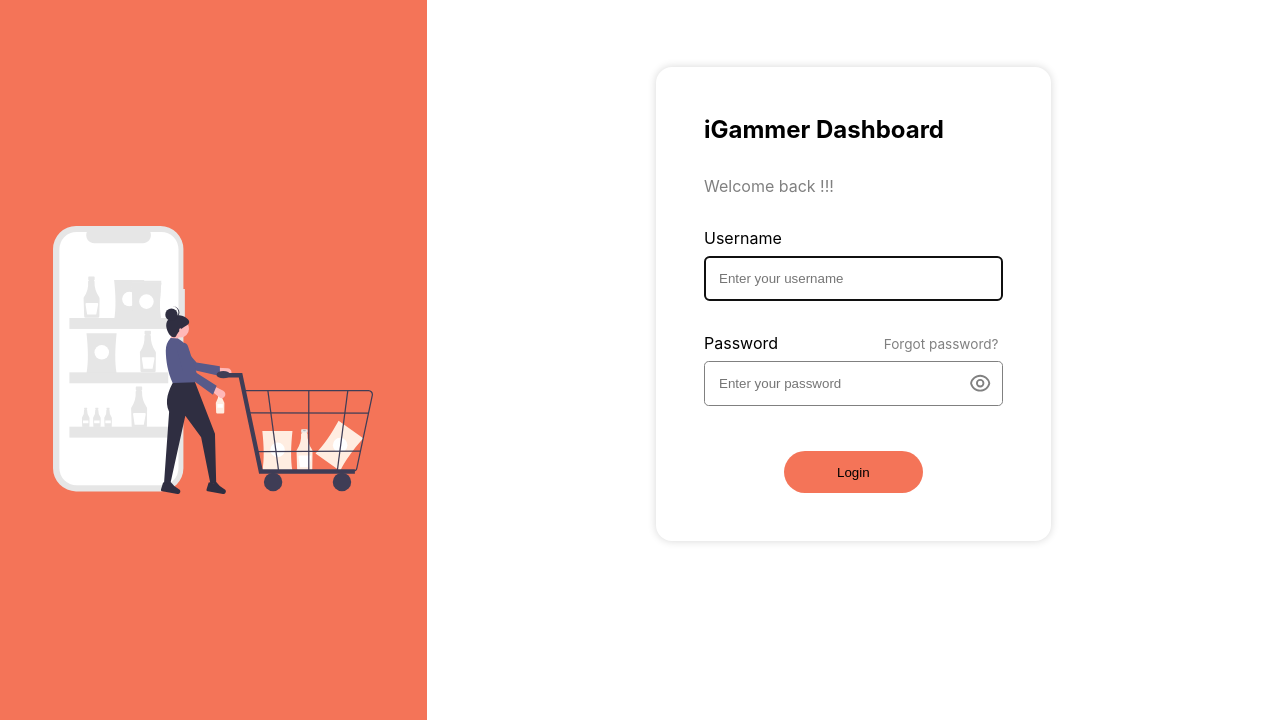
Repository: agwenchez/iGammer-dashboard
Page: /dashboard/orders
These files come from the project's save history. The page is drawn as it stood at one moment and after the next save; the edit follows.
The browser window is 1280 px wide. The pictures show the whole page.
The page's requests for data from a server got no answer. The project was rebuilt for these pictures with package versions that can differ from the ones it lists, and the page was loaded fresh each time. No one was signed in, and anything a server would have sent is missing. Also part of the build but not shown: vite.config.ts, src/components/DataTable/datatable.module.scss, src/pages/Products/productsData.tsx, src/components/DataTable/MuiTable.tsx, src/components/DataTable/index.tsx, src/components/BreadCrumb/breadcrumb.module.scss, src/components/BreadCrumb/index.tsx, src/pages/Customers/customers.module.scss and 19 more.

Above is the page before, as saved 2023-05-02 14:24:24.

### index.html
<!DOCTYPE html>
<html lang="en">
  <head>
    <meta charset="UTF-8" />
    <!-- <link rel="icon" type="image/svg+xml" href="/vite.svg" /> -->
    <meta name="viewport" content="width=device-width, initial-scale=1.0" />
    <title>iGammer Dashboard</title>
  </head>
  <body>
    <div id="root"></div>
    <script type="module" src="/src/main.tsx"></script>
  </body>
</html>

### src/main.tsx
import React from "react";
import ReactDOM from "react-dom/client";
import "./index.scss";
import App from "./App";
import { Provider } from "react-redux";
import store, { persistor }  from "./app/store";
import { PersistGate } from "redux-persist/integration/react";
import { ToastContainer, toast } from 'react-toastify';
import 'react-toastify/dist/ReactToastify.css';

const root = ReactDOM.createRoot(
  document.getElementById("root") as HTMLElement
);
root.render(
  <React.StrictMode>
    <Provider store={store}>
      <ToastContainer/>
      <PersistGate loading={null} persistor={persistor}>
        <App />
      </PersistGate>
    </Provider>
  </React.StrictMode>
);

### src/index.scss
// @use './authlayout.module.scss';
// @use './login.module.scss';
// @use './sidebar.module.scss';
// @use './styles/variables';

:root {
  font-family: Inter, Avenir, Helvetica, Arial, sans-serif;
  box-sizing: border-box;

  color-scheme: light dark;
  color: #242424;
  background-color: white;
  overflow-x: scroll;

  font-synthesis: none;
  text-rendering: optimizeLegibility;
  -webkit-font-smoothing: antialiased;
  -moz-osx-font-smoothing: grayscale;
  -webkit-text-size-adjust: 100%;
}

body {
  margin: 0;
  min-width: 320px;
  min-height: 100vh;
}


/* @media (prefers-color-scheme: light) {
  :root {
    color: #213547;
    background-color: #ffffff;
  }
  a:hover {
    color: #747bff;
  }
  button {
    background-color: #f9f9f9;
  }
} */

### src/App.tsx
import {
  createRoutesFromElements,
  RouterProvider,
  createBrowserRouter,
  Route,
} from "react-router-dom";
import AuthLayout from "./components/Layouts/AuthLayout/AuthLayout";
import Login from "./components/Auth/Login/Login";
import Customers from "./pages/Customers/Customers";
import Dashboard from "./pages/Dashboard/Dashboard";
import Offers from "./pages/Hot Offers/Offers";
import Orders from "./pages/Orders/Orders";
import Products from "./pages/Products/Products";
import Statistics from "./pages/Statistics/Statistics";
import Transactions from "./pages/Transactions/Transactions";
import RootErrorBoundary from "./pages/error-page";
import NewProduct from "./pages/Products/New Product/NewProduct";
import PrivateOutlet from "./utils/PrivateOutlet";
import DashboardLayout from "./components/Layouts/DashboardLayout/DashboardLayout";

const router = createBrowserRouter(
  createRoutesFromElements(
    <Route>
      {/* Public routes */}
      <Route path="/" element={<AuthLayout />} errorElement={<RootErrorBoundary/>}>
        <Route index element={<Login />} />
        <Route path="/login" element={<Login />} />
      </Route>

      {/* Protected routes */}
      <Route element={<PrivateOutlet />}>
      <Route path="/dashboard" element={<DashboardLayout />}>
        <Route index element={<Dashboard />} />
        <Route path="products">
          <Route index element={<Products />} />
          <Route path="product/add_new" element={<NewProduct />} />
        </Route>
        <Route path="orders" element={<Orders />} />
        <Route path="transactions" element={<Transactions />} />
        <Route path="statistics" element={<Statistics />} />
        <Route path="offers" element={<Offers />} />
        <Route path="customers" element={<Customers />} >
          <Route path="customer/add_new" element={<Customers />} />
        </Route>
      </Route>

      </Route>
    </Route>

  )
);

function App() {
  return <RouterProvider router={router} />;
}

export default App;

### src/app/store.ts
import { configureStore } from "@reduxjs/toolkit";
import { useDispatch } from "react-redux";
import { TypedUseSelectorHook, useSelector } from "react-redux";
import {
  persistStore,
  persistReducer,
  FLUSH,
  REHYDRATE,
  PAUSE,
  PERSIST,
  PURGE,
  REGISTER,
} from "redux-persist";

import storage from "redux-persist/lib/storage";
import { authApi, productsApi } from "./services";
import { setupListeners } from "@reduxjs/toolkit/query";
import { loadState } from "./localStorage";
import rootReducer, { RootState } from "./rootReducer";

const persistedState = loadState();

const persistConfig = {
  key: "root",
  storage,
  // whitelist: ['auth'],
};

const persistedReducer = persistReducer(persistConfig, rootReducer);

const store = configureStore({
  reducer: persistedReducer,
  preloadedState: persistedState,
  devTools: process.env.NODE_ENV !== "production",
  middleware: (getDefaultMiddleware) =>
    getDefaultMiddleware({
      serializableCheck: {
        ignoredActions: [FLUSH, REHYDRATE, PAUSE, PERSIST, PURGE, REGISTER],
      },
    }).concat(authApi.middleware, productsApi.middleware),
});

export const persistor = persistStore(store);

export type AppDispatch = typeof store.dispatch;
export const useAppDispatch = () => useDispatch<AppDispatch>();
export const useAppSelector: TypedUseSelectorHook<RootState> = useSelector;

setupListeners(store.dispatch);
export default store;

### src/components/Layouts/AuthLayout/AuthLayout.tsx
import { Outlet } from "react-router-dom";
import styles from "./authlayout.module.scss";
const AuthLayout = () => {
    return (
      <>
        <div className={styles.auth_container}>
          <div className={styles.left_container}>
            {/* <div className={styles.bg_color}></div> */}
            <img src="/assets/images/shopping_anim1.svg" alt="" />
          </div>
          <div className={styles.right_container}>
            <Outlet/>
          </div>
        </div>
      </>
    );
  };

  export default AuthLayout;

### src/components/Auth/Login/Login.tsx
import React, { useState } from "react";
import { RiEyeLine, RiEyeOffFill } from "react-icons/ri";
import { useNavigate } from "react-router-dom";
import { LoginDto } from "../../../@types";

// import { toast, ToastContainer } from 'react-toastify';
import styles from "./login.module.scss";
import { setCredentials } from "../../../features/auth/authSlice";
import { useLoginMutation } from "../../../app/services";
import { useAppDispatch } from "../../../app/store";
import { toast } from "react-toastify";

const Login = () => {
  const navigate = useNavigate();
  const dispatch = useAppDispatch();
  const [login, { isLoading }] = useLoginMutation();
  const [formData, setFormData] = useState<LoginDto>({
    username: "",
    password: "",
  });
  const [togglePassword, setTogglePassword] = useState(false);
  const [emailErrorMessage, setEmailErrorMessage] = useState("");
  const [passwordErrorMessage, setPasswordErrorMessage] = useState("");

  const onSubmitHandler = async (event: React.FormEvent<HTMLFormElement>) => {
    event.preventDefault();
    try {
      const response = await login(formData).unwrap();
      console.log("User", response)
      const { data , status } = response;
      if (status && data) {
        console.log("role", data.role)
        // if(data.role === "user"){
        //   toast.error("Not authorized for users")
        //   return
        // }
        dispatch(setCredentials({ data }));
        toast.success("You have logged in successfully");
        navigate("/dashboard", { replace: true });
        // setTimeout(() => {
        // }, 200);
      }
    } catch (error) {
      // @ts-ignore
      const { data } = error;
      console.log("Error occured", data.message);
      error && toast.error(`${data.message}`);
    }
  };

  const handleEmailChange = (e: React.ChangeEvent<HTMLInputElement>) => {
    const value = e.target.value;
    setFormData({ ...formData, username: value });
  };

  const handlePasswordChange = (e: React.ChangeEvent<HTMLInputElement>) => {
    setFormData((prevState) => ({
      ...prevState,
      password: e.target.value,
    }));
    const value = e.target.value;
    if (value.length > 8) {
      setPasswordErrorMessage("Password shouldbe minimum of 8 characters");
    }
  };

  return (
    <>
      <form className={styles.login_form} onSubmit={onSubmitHandler}>
        <h2>iGammer Dashboard</h2>
        <p>Welcome back !!!</p>
        {/* <h2>SIGN IN</h2> */}
        <div className={styles.input_group}>
          <label htmlFor="email">Username</label>
          <input
            type="text"
            name="username"
            id="email"
            required
            // aria-invalid
            placeholder="Enter your username"
            onChange={handleEmailChange}
            value={formData.username}
            autoFocus
            autoComplete="off"
          />
          {/* {emailErrorMessage ? (
            <p className={styles.error_message}>{emailErrorMessage}</p>
          ) : null} */}
        </div>
        <div className={styles.input_group}>
          <label htmlFor="password">Password</label>
          <p>Forgot password?</p>
          {togglePassword ? (
            <RiEyeOffFill
              className={styles.password_visible_icon}
              onClick={() => setTogglePassword(false)}
            />
          ) : (
            <RiEyeLine
              className={styles.password_visible_icon}
              onClick={() => setTogglePassword(true)}
            />
          )}
          <input
            type={togglePassword ? "text" : "password"}
            name="password"
            id="password"
            placeholder="Enter your password"
            onChange={handlePasswordChange}
            value={formData.password}
            required
          />
          {/* {formData.password ? (
            <p className={styles.error_message}>{passwordErrorMessage}</p>
          ) : null} */}
        </div>
        <button type="submit" className={styles.submit_button}>
          Login
          {/* <ArrowRightIcon className={styles.icon} /> */}
        </button>
      </form>
      {/* <ToastContainer/> */}
    </>
  );
};

export default Login;

### src/utils/PrivateOutlet.tsx
import { Navigate, Outlet, useLocation } from 'react-router-dom'
import { useAuth } from '../hooks/useAuth'

const PrivateOutlet =()=> {
  const auth = useAuth()
  const location = useLocation()

  return auth.user ? (
    <Outlet />
  ) : (
    <Navigate to="/login" state={{ from: location,}} replace={true} />
  )
}


export default PrivateOutlet

### src/app/services/index.ts
export * from './authApi'
export * from './productsApi'

### src/app/localStorage.ts
export const loadState = () => {
  try {
    const serializedState = localStorage.getItem("state");
    if (serializedState === null) {
      return undefined;
    }
    return JSON.parse(serializedState);
  } catch (err) {
    return undefined;
  }
};

### src/app/rootReducer.ts
import { combineReducers } from "@reduxjs/toolkit";
import authReducer from "../features/auth/authSlice";
import { authApi, productsApi } from "./services";
import productsReducer from './services/productsApi'

const rootReducer = combineReducers({
  auth: authReducer,
  products: productsReducer,
  [authApi.reducerPath]: authApi.reducer,
  [productsApi.reducerPath] : productsApi.reducer
});

export type RootState = ReturnType<typeof rootReducer>;

export default rootReducer;

### src/components/Layouts/AuthLayout/authlayout.module.scss
.auth_container {
    display: flex;
    flex-direction: row;
    min-height: 100vh;
  }

  .left_container {
    background-color: #f47458;
    flex: 1;
    display: flex;
    justify-content: center;
    align-items: center;
    position: relative;

  }

  .left_container > img {
    max-width: 20em;
    display: block;
  }
  .right_container {
    display: flex;
    flex-direction: column;
    align-items: center;
    justify-content: center;
    flex: 2;
    color: black;
  }

  // mobile to landscape
@media only screen and (max-width: 540px) {
    .auth_container {
      flex-direction: column;
    }
    .left_container {
      flex: 1;
    }
    .right_container {
      flex: 1;
    }
    .left_container > img {
      max-width: 10em;
    }
  }

  @media only screen and (min-width: 541px) and (max-width: 920px){
      .left_container > img {
          max-width: 14em;
        }
  }

//   @media only screen and (min-width: 921px) and (max-width: 1280) {
//   }
  // Extra large screens
  @media only screen and (min-width: 1281px) {
      .left_container > img {
        max-width: 27em;
      }
  }

### src/components/Auth/Login/login.module.scss
// @use '../../../styles/variables';

.login_form {
  min-width: 35%;
  padding: 3em;
  display: flex;
  flex-direction: column;
  gap: 2em;
  // flex:1;
  margin-top: -7em;
  border-radius: 1em;
  // min-height: 10em;
  box-shadow: 0 0 8px rgba(0, 0, 0, 0.16);
  //   box-shadow: 8px 8px 0px 1px rgba(151,142,142,0.2);
}
.login_form > p {
  color: gray;
  margin: 0;
}

.input_group {
  display: grid;
  gap: 0.5em;
  position: relative;
  // border: 1px solid red;

  input {
    // max-width: 100%;
    padding: 1.05em;
    border-radius: 0.35em;
    border: 1px solid gray;
    background-color: transparent;
    color: black;

    // &:focus{
    //   border: 1px solid red;
    // }
  }

  input:-internal-autofill-selected {
    background-color: transparent !important;
    color: black !important;
  }

}

// .input_group > input:autofill {
//   background-color: transparent !important;
//   color: black !important;
// }
// .input_group > input:-webkit-autofill {
//   background-color: transparent;
//   color: black;
// }
.login_form > h2,
p {
  margin: 0;
}
.input_group > p:nth-of-type(1) {
  position: absolute;
  right: 0.3em;
  bottom: 4em;
  color: gray;
  font-size: 0.85em;
  cursor: pointer;
}
.input_group > p:nth-of-type(2) {
  position: absolute;
  color: red ;
  bottom: -1.5em;
  font-size: .9em;
}

.error_message{
  //  border: 1px solid red;
   bottom: -1.5em !important;
   left: 0;
   color: red !important;
   font-size: .9em !important;
}
.password_visible_icon {
  position: absolute;
  right: 0.5em;
  bottom: 0.5em;
  font-size: 1.4em;
  color: gray;
  cursor: pointer;
}
.submit_button {
  padding: 1em;
  padding-left: 4em;
  padding-right: 4em;
  align-self: center;
  border-radius: 2em;
  background-color: #f47458;
  border: none;
  cursor: pointer;
  margin-top: 1em;
  position: relative;
}
.submit_button:hover {
  background-color: white;
  color: #f47458;
  border: 1px solid #f47458;
}
.icon {
  color: white;
  max-width: 1.5em;
  position: absolute;
  top: 0.8em;
  right: 1.5em;
}

.icon:hover {
  color: #f47458;
}

// mobile to landscape
@media only screen and (max-width: 540px) {
  .input_group > p {
    top: 0;
  }
  .login_form {
    min-width: 68%;
    margin-top: 2em;
  }
  .login_form > h2 {
    margin: 0;
  }
}

@media only screen and (min-width: 541px) and (max-width: 920px) {
  .login_form {
    min-width: 60%;
  }
}

@media only screen and (min-width: 921px) and (max-width: 1280) {
  .login_form {
    margin: 0;
    // min-width: 35%;
  }
}
// Extra large screens
@media only screen and (min-width: 1281px) {
  .login_form {
    margin: 0;
    min-width: 33%;
  }
  .submit_button {
    margin-top: 5em;
  }
}

### src/features/auth/authSlice.ts
import { PayloadAction, createSlice } from "@reduxjs/toolkit";
import { AuthState, User } from "../../@types";
import { RootState } from "../../app/rootReducer";

const authSlice = createSlice({
  name: "auth",
  initialState: {
    user: null,
  } as AuthState,

  reducers: {
    setCredentials: (
      state,
      {
        payload: { data },
      }: PayloadAction<{ data: User }>
    ) => {
      state.user = data
    },
    logout: (state) => {
      state.user = null;
    },
  },
});

export const { setCredentials, logout } = authSlice.actions;
export default authSlice.reducer;
export const selectCurrentUser = (state: RootState) => state.auth.user
export const selectCurrentToken = (state: RootState) => state.auth.user?.accessToken;

### src/pages/Dashboard/Card/cardsData.tsx
import { BsPuzzleFill} from "react-icons/bs";
import { IoLogoGameControllerB } from "react-icons/io";
import { BiGame } from "react-icons/bi";
import { IoCheckmarkDoneSharp } from "react-icons/io5";

export const cardsData = [
    {title:"Games completed", metrics: '1,305', icon: <IoCheckmarkDoneSharp/>},
    {title:"Total Games Played", metrics: '2,948',icon: <IoLogoGameControllerB/>},
    {title:"Total Pending Games", metrics: '182,059',icon: <BiGame/>},
    {title:"New Games", metrics: '58', icon: <BsPuzzleFill/> }
]

### src/hooks/useAuth.ts
import { useSelector } from "react-redux";
import { selectCurrentToken, selectCurrentUser } from "../features/auth/authSlice";
import { useMemo } from "react";

export const useAuth = () => {
  const user = useSelector(selectCurrentUser);
  const token = useSelector(selectCurrentToken);
  // console.log("Token", token)
  return useMemo(() => ({ user }), [user]);
};

### src/app/services/authApi.ts
import { createApi, fetchBaseQuery } from '@reduxjs/toolkit/query/react'
// import { LoginRequest, LoginResponse, AuthUser, SignupResponse, SignupRequest } from "../../@types";
import { RootState } from '../rootReducer';
import { LoginRequest, LoginResponse, SignupRequest, SignupResponse } from '../../@types';
const BASE_URL = import.meta.env.VITE_BASE_URL

export const authApi = createApi({
  reducerPath:'authApi',
  baseQuery: fetchBaseQuery({
    baseUrl: BASE_URL,
    prepareHeaders: (headers, { getState }) => {
      // By default, if we have a token in the store, let's use that for authenticated requests
      const token = (getState() as RootState).auth.access_token
      if (token) {
        headers.set('authorization', `Bearer ${token}`)
      }
      return headers
    },
  }),
  endpoints: (builder) => ({
    login: builder.mutation<LoginResponse, LoginRequest>({
      query: (credentials) => ({
        url: 'auth/login',
        method: 'POST',
        body: credentials,
      }),
    }),
    // signup: builder.mutation<SignupResponse, SignupRequest>({
    //   query: (body) => ({
    //     url: 'auth/signup',
    //     method: 'POST',
    //     body
    //   }),
    // }),
  }),
})

export const { useLoginMutation } = authApi

### src/app/services/productsApi.ts
import { createApi, fetchBaseQuery } from '@reduxjs/toolkit/query/react';
import { RootState } from '../rootReducer';
import { addNewProductFields } from '../../@types';

interface Product {
  id: string;
  name: string;
  description: string;
  price: number;
}


export const productsApi = createApi({
  reducerPath: 'productsApi',
  baseQuery: fetchBaseQuery({
    baseUrl: 'https://api.example.com',
    prepareHeaders: (headers, { getState }) => {
        // retrieve token from redux store
        const token = (getState() as RootState).auth.access_token;
        // console.log("Token from redux store", token);
        // if it exists, add it to the request headers
        if (token) {
          headers.set("authorization", `Bearer ${token}`);
        }
        return headers;
      },
}),
  endpoints: (builder) => ({
    getAllProducts: builder.query<Product[], void>({
      query: () => '/products',
    }),
    addNewProduct: builder.mutation<{id: string}, addNewProductFields>({
      query: (body) => ({
        url: '/products/new_product',
        method: 'POST',
        body
      }),
    }),
    uploadImage: builder.mutation<void, FormData>({
      query: (formData) => ({
        url: '/images/upload-single',
        method: 'POST',
        body: formData,
      }),
    }),
  }),
});

export const { useGetAllProductsQuery, useAddNewProductMutation, useUploadImageMutation } = productsApi;
export default productsApi.reducer;

After the next save:
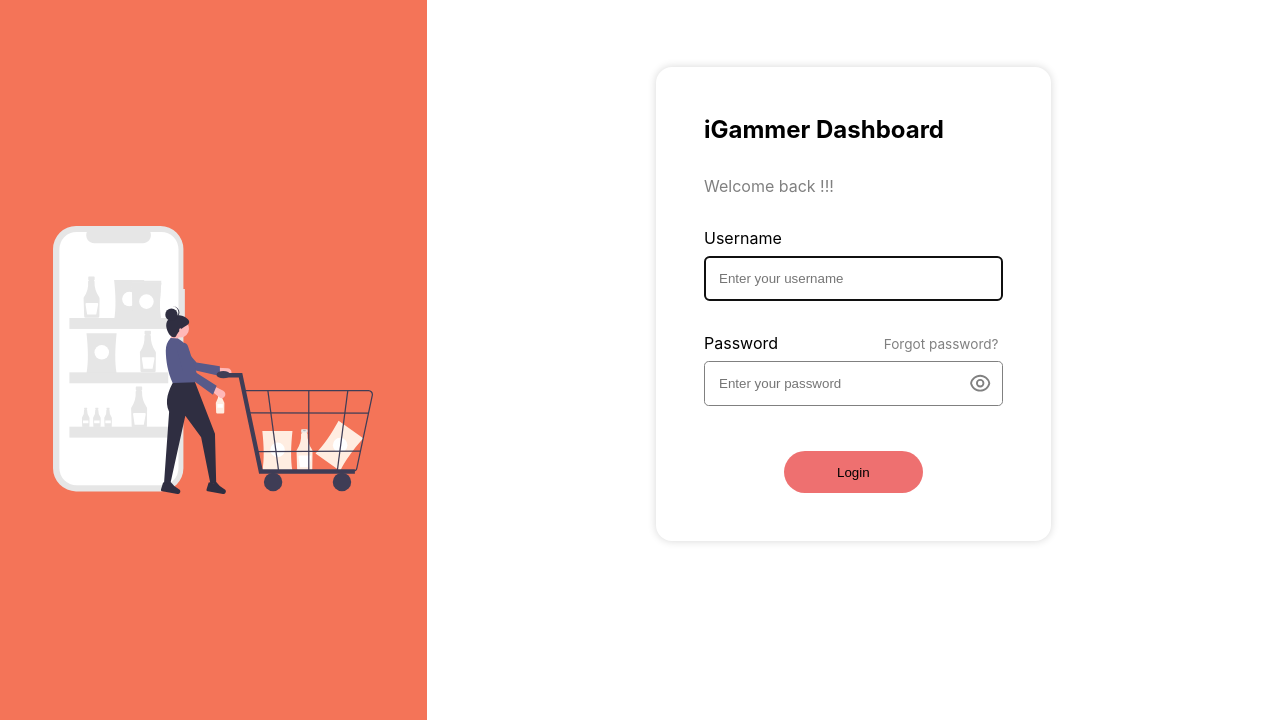
Saved 4 min 15 s later.
--- a/src/components/Auth/Login/login.module.scss
+++ b/src/components/Auth/Login/login.module.scss
@@ -92,7 +92,7 @@
   padding-right: 4em;
   align-self: center;
   border-radius: 2em;
-  background-color: #f47458;
+  background-color: rgb(238,112,112);
   border: none;
   cursor: pointer;
   margin-top: 1em;

After the save that followed:
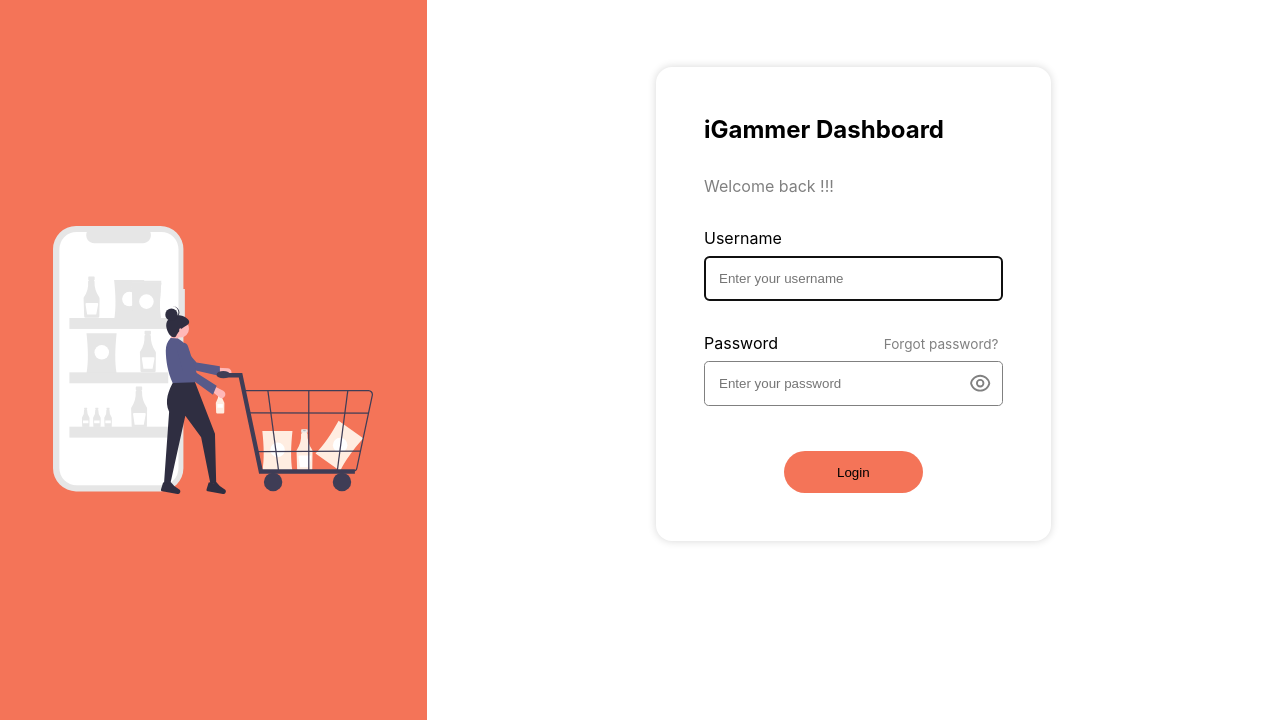
Saved 4 s later.
--- a/src/components/Auth/Login/login.module.scss
+++ b/src/components/Auth/Login/login.module.scss
@@ -92,7 +92,7 @@
   padding-right: 4em;
   align-self: center;
   border-radius: 2em;
-  background-color: rgb(238,112,112);
+  background-color: #f47458;
   border: none;
   cursor: pointer;
   margin-top: 1em;
